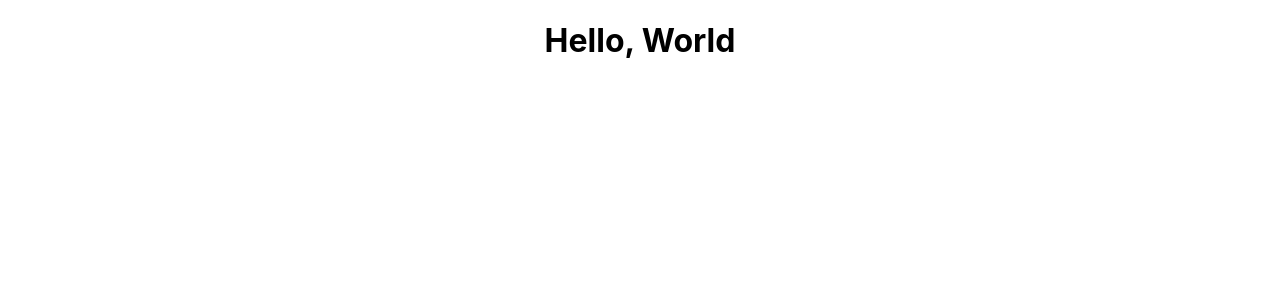
Repository: SeungYn/aws-test-deploy
Page: /
An editor plug-in stored every save of this project. The page is shown before and after the next save, followed by the edit.
The browser window is 1280 px wide. The pictures show the whole page.
The project was rebuilt for these pictures with package versions that can differ from the ones it lists, and the page was loaded fresh each time.

Above is the page before, as saved 2023-02-25 03:30:57.

After the next save:
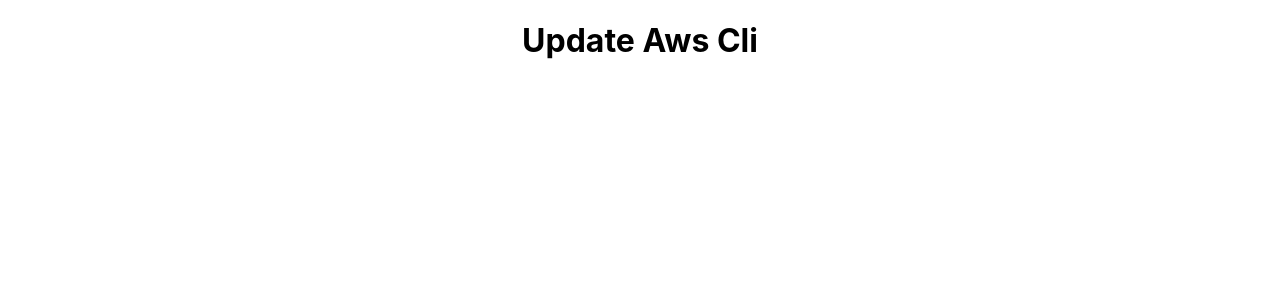
Saved 36 h 15 min later.
--- a/src/App.js
+++ b/src/App.js
@@ -4,7 +4,7 @@
 function App() {
   return (
     <div className='App'>
-      <h1>Hello, World</h1>
+      <h1>Update Aws Cli</h1>
     </div>
   );
 }
